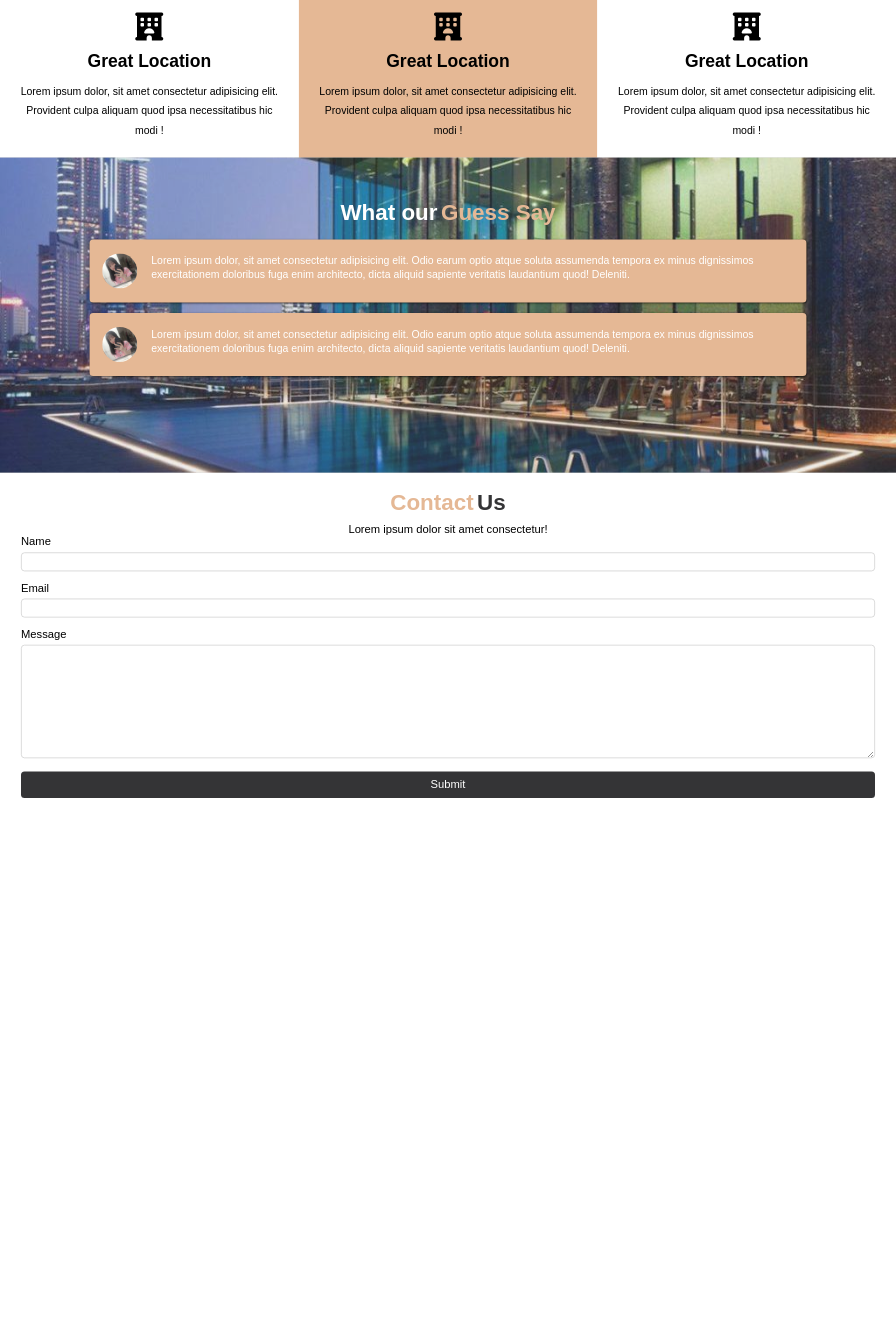
Repository: Ngoc28/HTML-CSS
Page: aleHoltel/index.html
The author's editor kept a copy of each file at every save. The page is drawn from the files as they stood at one save, then again after the next save.
The browser window is 1280 px wide. The pictures show the part of the page from y = 1063 to 2983 px (the page is 5055 px tall), at 70% of full size.

Above is the page before, as saved 2023-08-06 10:06:19.

After the next save:
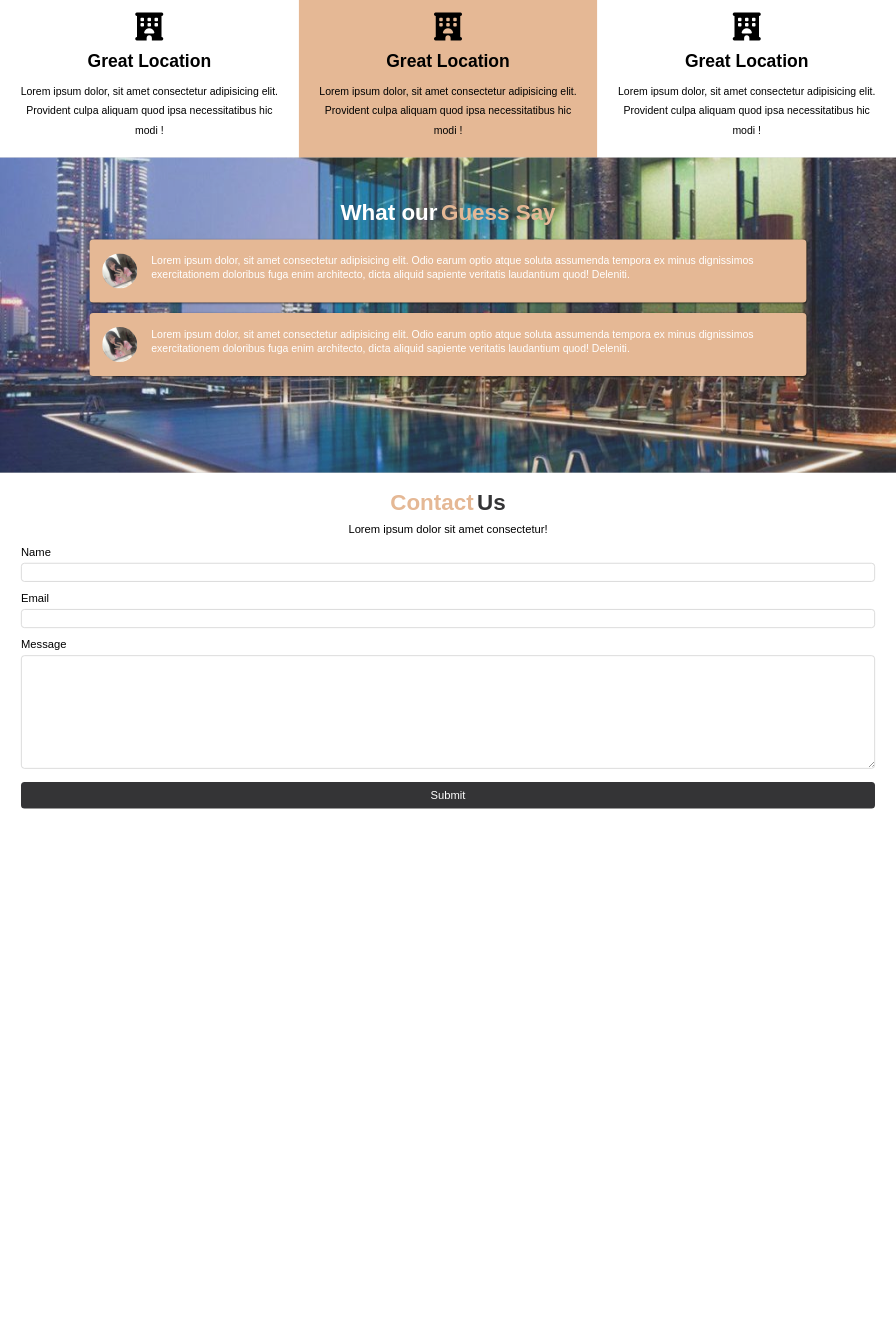
Saved 28 s later.
--- a/aleHoltel/style.css
+++ b/aleHoltel/style.css
@@ -322,7 +322,7 @@ main {
 
 .contact-text {
     font-size: 16px;
-    margin-top: 10px;
+    margin: 10px 0 15px;
 }
 
 .contact-input {
